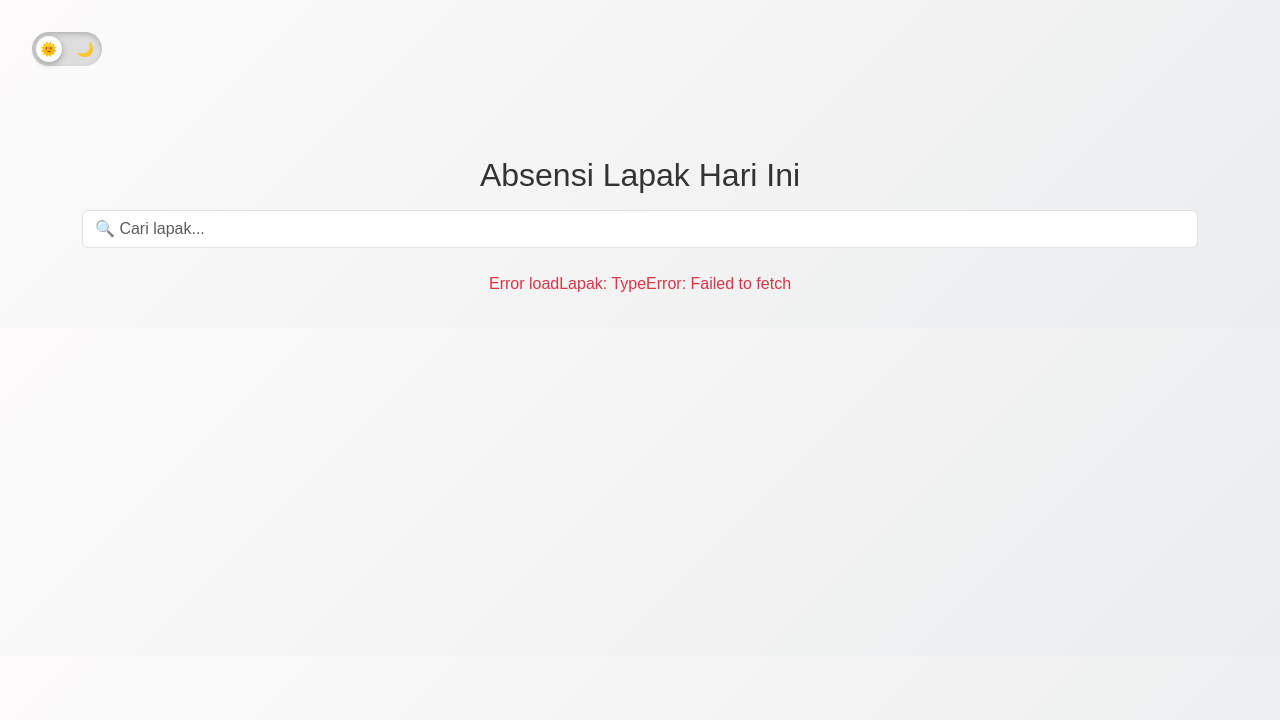
Repository: pasarrakyatbak/absensi
Page: index.html
These files come from the project's save history. The page is drawn as it stood at one moment and after a run of saves; the edit follows.
The browser window is 1280 px wide. The pictures show the whole page.
The page's requests for data from a server got no answer.

Above is the page before, as saved 2025-09-22 05:55:15.

### index.html
<!DOCTYPE html>
<html lang="id">

<head>
    <meta charset="UTF-8">
    <meta name="viewport" content="width=device-width, initial-scale=1.0">
    <title>Absensi Lapak</title>
    <link href="https://cdn.jsdelivr.net/npm/bootstrap@5.3.2/dist/css/bootstrap.min.css" rel="stylesheet">
    <link rel="stylesheet" href="style.css">
</head>

<body class="p-3">
    <!-- Toggle Dark Mode -->
    <div class="dark-toggle mb-3">
        <input type="checkbox" id="darkSwitch">
        <label for="darkSwitch" class="toggle-label">
            <span class="toggle-icon">🌞</span>
            <span class="toggle-ball"></span>
            <span class="toggle-icon">🌙</span>
        </label>
    </div>

    <div class="container">

        <!-- Ringkasan -->
        <div id="lapakSummary" class="summary-cards mb-4"></div>

        <!-- Info Banner -->
        <div id="absensiInfoBanner" class="alert text-center mb-3"></div>
        <!-- Judul & Search -->
        <h2 class="mb-3 text-center">Absensi Lapak Hari Ini</h2>
        <input type="text" id="searchInput" class="form-control mb-4" placeholder="🔍 Cari lapak...">
        <!-- Daftar Lapak -->
        <div id="lapakContainer" class="row"></div>
    </div>

    <!-- Modal Absensi -->
    <div id="absensiModal" class="modal-overlay">
        <div class="modal-content">
            <h5 id="absensiInfo"></h5>
            <div id="modalStatusLabel" class="mb-3"></div> <!-- badge tampil di sini -->
            <button id="modalAbsenBtn">Absen</button>
            <button class="btn btn-secondary" onclick="closeAbsensiModal()">Tutup</button>
        </div>
    </div>


    <!-- Loader -->
    <div id="absensiLoading" class="d-none">
        <div class="loader-content text-center">
            <div class="spinner-border text-light" role="status" style="width:3rem;height:3rem;"></div>
            <p id="absensiLoadingText" class="text-white mt-2">Sedang memproses...</p>
        </div>
    </div>

    <script src="script.js"></script>
</body>

</html>

### style.css
body {
    background: linear-gradient(135deg, #fdfbfb, #ebedee);
    font-family: 'Poppins', sans-serif;
    color: #333;
    transition: background 0.3s ease, color 0.3s ease;
    margin: 0;
    padding: 0;
}

body.dark {
    background: linear-gradient(135deg, #0f2027, #203a43, #2c5364);
    color: #f1f1f1;
}

/* ================= Card umum ================= */
.lapak-card {
    position: relative;
    overflow: hidden;
    border-radius: 16px;
    padding: 1rem;
    backdrop-filter: blur(8px);
    transition: transform 0.25s ease, box-shadow 0.25s ease, background 0.3s ease, border 0.3s ease, color 0.3s ease;
    box-shadow: 0 4px 12px rgba(0, 0, 0, 0.08);
}

.lapak-badge {
    position: absolute;
    top: 10px;
    left: 10px;
    padding: 0.25rem 0.5rem;
    font-size: 0.75rem;
    font-weight: 600;
    border-radius: 8px;
    color: #fff;
    z-index: 2;
    box-shadow: 0 2px 6px rgba(0, 0, 0, 0.15);
    transition: background 0.3s ease, transform 0.25s ease;
}

/* Warna badge sesuai status */
.lapak-badge.bg-success {
    background-color: #28a745;
}

.lapak-badge.bg-danger {
    background-color: #dc3545;
}

/* Dark mode badge */
body.dark .lapak-badge.bg-success {
    background-color: #4caf50;
}

body.dark .lapak-badge.bg-danger {
    background-color: #b23c3c;
}

/* Hover effect */
.lapak-card:hover {
    transform: translateY(-6px);
    box-shadow: 0 10px 25px rgba(0, 0, 0, 0.2);
}

.lapak-card.disabled {
    pointer-events: none;
    opacity: 0.6;
}

/* Default teks dalam card */
.lapak-card .card-title,
.lapak-card .card-text,
.lapak-card .status-text {
    color: inherit;
    transition: color 0.3s ease;
}

/* ================= Modal ================= */
#absensiModal {
    display: none;
    position: fixed;
    top: 0;
    left: 0;
    width: 100%;
    height: 100%;
    background: rgba(0, 0, 0, 0.6);
    backdrop-filter: blur(6px);
    justify-content: center;
    align-items: center;
    z-index: 1050;
    padding: 1rem;
    box-sizing: border-box;
}

#absensiModal .modal-content {
    background: rgba(255, 255, 255, 0.9);
    padding: 1.5rem;
    border-radius: 16px;
    text-align: center;
    max-width: 400px;
    width: 100%;
    transition: background 0.3s ease, color 0.3s ease, transform 0.25s ease;
    box-shadow: 0 8px 24px rgba(0, 0, 0, 0.2);
}

#absensiModal .modal-content:hover {
    transform: scale(1.02);
}

body.dark #absensiModal .modal-content {
    background: rgba(30, 30, 30, 0.95);
    color: #f1f1f1;
}

/* ================= Loader ================= */
#absensiLoading {
    position: fixed;
    top: 0;
    left: 0;
    width: 100%;
    height: 100%;
    background: rgba(0, 0, 0, 0.7);
    justify-content: center;
    align-items: center;
    z-index: 2000;
    backdrop-filter: blur(6px);
}

/* ================= Sudah hadir ================= */
.lapak-card.hadir {
    background-color: #d4edda;
    /* hijau muda */
    border: 1px solid #c3e6cb;
    color: #155724;
    /* teks hijau gelap */
}

body.dark .lapak-card.hadir {
    background: rgba(45, 62, 51, 0.8);
    border: 1px solid #4caf50;
    color: #90ee90;
}

/* ================= Belum hadir ================= */
.lapak-card.belum {
    background-color: #f8d7da;
    /* merah muda */
    border: 1px solid #f5c6cb;
    color: #721c24;
    /* teks merah gelap */
}

.lapak-card {
    transition: background-color 0.3s, border-color 0.3s, color 0.3s;
}

body.dark .lapak-card.belum {
    background: rgba(30, 30, 30, 0.9);
    border: 1px solid #444;
    color: #f1f1f1;
}

/* ================= Toggle wrapper ================= */
.dark-toggle {
    display: flex;
    justify-content: flex-start;
    align-items: center;
    margin: 1rem;
}

/* Hidden checkbox */
.dark-toggle input {
    display: none;
}

/* Label sebagai saklar */
.toggle-label {
    background: #ddd;
    border-radius: 50px;
    cursor: pointer;
    display: flex;
    align-items: center;
    justify-content: space-between;
    width: 70px;
    height: 34px;
    position: relative;
    transition: background 0.3s ease;
    padding: 0 8px;
    font-size: 14px;
    box-shadow: inset 0 2px 5px rgba(0, 0, 0, 0.2);
}

/* Bulatan */
.toggle-ball {
    position: absolute;
    top: 4px;
    left: 4px;
    width: 26px;
    height: 26px;
    background: #fff;
    border-radius: 50%;
    transition: transform 0.3s ease, background 0.3s ease;
    box-shadow: 0 2px 6px rgba(0, 0, 0, 0.3);
}

/* Ikon matahari 🌞 dan bulan 🌙 */
.toggle-icon {
    z-index: 2;
}

/* Aktif (dark mode) */
.dark-toggle input:checked+.toggle-label {
    background: #444;
}

.dark-toggle input:checked+.toggle-label .toggle-ball {
    transform: translateX(36px);
    background: #90ee90;
}

/* ================= Summary Cards ================= */
.summary-cards {
    display: flex;
    gap: 1rem;
    flex-wrap: wrap;
    justify-content: center;
}

.summary-card {
    flex: 1 1 120px;
    min-width: 120px;
    padding: 1rem;
    border-radius: 12px;
    text-align: center;
    font-weight: 600;
    box-shadow: 0 4px 12px rgba(0, 0, 0, 0.08);
    transition: background 0.3s ease, color 0.3s ease;
}

.summary-card.total {
    background: #e3f2fd;
    color: #1565c0;
}

.summary-card.hadir {
    background: #d4edda;
    color: #155724;
}

.summary-card.belum {
    background: #f8d7da;
    color: #721c24;
}

.summary-card div {
    margin-top: 4px;
    font-weight: normal;
}

.summary-progress .progress {
    background: rgba(0, 0, 0, 0.1);
}

body.dark .summary-progress .progress {
    background: rgba(255, 255, 255, 0.1);
}

.progress-bar {
    font-size: 0.85rem;
    font-weight: 600;
    color: #fff;
    text-align: center;
}

/* Dark mode */
body.dark .summary-card.total {
    background: #1e3a5f;
    color: #90caf9;
}

body.dark .summary-card.hadir {
    background: #2d3e33;
    color: #90ee90;
}

body.dark .summary-card.belum {
    background: #5c2b2b;
    color: #f28b82;
}

/* ================= Modal Tombol ================= */
#modalAbsenBtn {
    width: 100%;
    padding: 0.75rem;
    font-size: 1.1rem;
    font-weight: 600;
    border-radius: 12px;
    transition: background 0.3s ease, transform 0.2s ease;
}

#modalAbsenBtn:hover {
    transform: scale(1.05);
}

/* Warna default hijau */
#modalAbsenBtn {
    background-color: #28a745;
    color: #fff;
    border: none;
}

body.modal-open {
    overflow: hidden;
}

.container.blur {
    filter: blur(6px);
    transition: filter 0.25s ease;
}

/* Dark mode */
body.dark #modalAbsenBtn {
    background-color: #4caf50;
    color: #fff;
}

/* Tombol tutup modal */
#absensiModal .btn-secondary {
    margin-top: 0.5rem;
    width: 100%;
}

/* ================= Modal Animasi ================= */
.modal-overlay {
    display: none;
    /* default hidden */
    position: fixed;
    top: 0;
    left: 0;
    width: 100%;
    height: 100%;
    background: rgba(0, 0, 0, 0.6);
    backdrop-filter: blur(6px);
    justify-content: center;
    align-items: center;
    z-index: 1050;
    padding: 1rem;
    box-sizing: border-box;

    /* Animasi */
    opacity: 0;
    transition: opacity 0.25s ease;
}

.modal-overlay.show {
    display: flex;
    opacity: 1;
}

.modal-content {
    background: rgba(255, 255, 255, 0.9);
    padding: 1.5rem;
    border-radius: 16px;
    text-align: center;
    max-width: 400px;
    width: 100%;
    box-shadow: 0 8px 24px rgba(0, 0, 0, 0.2);
    transform: scale(0.9);
    transition: transform 0.25s ease, background 0.3s ease, color 0.3s ease;
}

/* Blur latar belakang dinamis */
.container.blur {
    filter: blur(0px);
    transition: filter 0.3s ease;
}

.modal-overlay.show+.container.blur {
    filter: blur(6px);
}

.modal-overlay.show .modal-content {
    transform: scale(1);
}

/* Dark mode */
body.dark .modal-content {
    background: rgba(30, 30, 30, 0.95);
    color: #f1f1f1;
}

.badge {
    display: inline-block;
    margin-top: 6px;
    padding: 0.25rem 0.5rem;
    font-size: 0.75rem;
    border-radius: 8px;
    font-weight: 600;
}

.bg-success {
    background-color: #28a745;
    color: #fff;
}

.bg-danger {
    background-color: #dc3545;
    color: #fff;
}

body.dark .bg-success {
    background-color: #4caf50;
}

body.dark .bg-danger {
    background-color: #b23c3c;
}


/* ================= RESPONSIVE ================= */
/* Responsive */
@media (max-width: 576px) {
    #modalAbsenBtn {
        font-size: 1rem;
        padding: 0.6rem;
    }
}

@media (min-width: 577px) and (max-width: 991px) {
    #modalAbsenBtn {
        font-size: 1.05rem;
    }
}

/* HP kecil (≤576px) */
@media (max-width: 576px) {
    .lapak-card {
        font-size: 14px;
        padding: 0.8rem;
    }

    .lapak-card .card-title {
        font-size: 16px;
    }

    .lapak-card .card-text {
        font-size: 13px;
    }

    .lapak-card .status-text {
        font-size: 12px;
    }

    #absensiModal .modal-content {
        max-width: 95%;
        padding: 1rem;
    }

    .toggle-label {
        width: 60px;
        height: 30px;
        font-size: 12px;
    }

    .toggle-ball {
        width: 22px;
        height: 22px;
    }
}

/* Tablet (577px – 991px) */
@media (min-width: 577px) and (max-width: 991px) {
    .lapak-card {
        font-size: 15px;
        padding: 1rem;
    }

    .lapak-card .card-title {
        font-size: 18px;
    }

    .lapak-card .card-text {
        font-size: 14px;
    }

    .lapak-card .status-text {
        font-size: 13px;
    }

    #absensiModal .modal-content {
        max-width: 80%;
    }
}

/* Desktop (≥992px) */
@media (min-width: 992px) {
    .lapak-card {
        font-size: 16px;
        padding: 1.2rem;
    }

    .lapak-card .card-title {
        font-size: 20px;
    }

    .lapak-card .card-text {
        font-size: 15px;
    }

    .lapak-card .status-text {
        font-size: 14px;
    }

    #absensiModal .modal-content {
        max-width: 400px;
    }
}

/* ================= Responsive ================= */
@media (max-width: 768px) {
    .summary-cards {
        flex-direction: column;
        align-items: center;
    }

    .summary-card {
        width: 90%;
        max-width: none;
    }
}

### script.js
const API_URL = "https://script.google.com/macros/s/AKfycby4z2qZ24SrJkcyGpybH29lSUC_3_z1LG-7wSmTzpaOEXrwjXf0Cl3hqkg95qAxPj1-/exec";
const darkSwitch = document.getElementById("darkSwitch");
let lapakData = [];
let currentLapakId = null;
let absensiMingguan = false;
let lastScrollY = 0;

// =================== Loader ===================
function showAbsensiLoading(show, text = "Sedang menyimpan data...") {
    const loader = document.getElementById("absensiLoading");
    const loadingText = document.getElementById("absensiLoadingText");
    if (!loader || !loadingText) return;

    loader.classList.toggle("d-flex", show);
    loader.classList.toggle("d-none", !show);
    loadingText.textContent = text;
}

// =================== Load semua lapak ===================
async function loadLapak() {
    showAbsensiLoading(true, "Sedang memuat data lapak...");
    try {
        const res = await fetch(API_URL + "?action=lapakHariIni");
        const json = await res.json();

        if (!json.success) {
            document.getElementById("lapakContainer").innerHTML =
                `<p class="text-center text-danger">Gagal load data: ${json.message}</p>`;
            showAbsensiLoading(false);
            return;
        }

        lapakData = json.data;
        renderLapak(lapakData);
        updateSummary();
        updateAbsensiInfo();
        showAbsensiLoading(false);
    } catch (err) {
        document.getElementById("lapakContainer").innerHTML =
            `<p class="text-center text-danger">Error loadLapak: ${err}</p>`;
        showAbsensiLoading(false);
    }
}

// =================== Modal ===================
function openAbsensiModal(noLapak, namaLapak) {
    currentLapakId = noLapak;
    const modal = document.getElementById("absensiModal");
    const info = document.getElementById("absensiInfo");
    const statusLabel = document.getElementById("modalStatusLabel");
    const container = document.querySelector(".container");
    if (!modal || !info || !container || !statusLabel) return;

    const lapak = lapakData.find(l => String(l.noLapak) === String(noLapak));
    const hadir = lapak?.statusAbsensi === "✅ Hadir";

    info.textContent = `Absen untuk Lapak ${noLapak} - ${namaLapak}`;
    statusLabel.innerHTML = hadir
        ? '<span class="badge bg-success">Sudah Absen</span>'
        : '<span class="badge bg-danger">Belum Absen</span>';

    container.classList.add("blur");
    document.body.classList.add("modal-open");
    modal.style.display = "flex";

    setTimeout(() => modal.classList.add("show"), 10);
    updateBlurOnScroll();
}

function closeAbsensiModal() {
    const modal = document.getElementById("absensiModal");
    const container = document.querySelector(".container");
    if (!modal || !container) return;

    modal.classList.remove("show");
    container.classList.remove("blur");
    container.style.filter = "";
    document.body.classList.remove("modal-open");

    setTimeout(() => {
        if (!modal.classList.contains("show")) modal.style.display = "none";
    }, 250);

    lastScrollY = 0;
}

// =================== Render lapak ===================
function renderLapak(data) {
    const container = document.getElementById("lapakContainer");
    container.innerHTML = "";

    if (!data.length) {
        container.innerHTML = `<p class="text-center">Tidak ada data lapak.</p>`;
        return;
    }

    data.forEach(lapak => {
        const noLapak = lapak.noLapak || "-";
        const namaLapak = lapak.nama || "Tanpa Nama";
        const hadir = lapak.statusAbsensi === "✅ Hadir";

        const card = document.createElement("div");
        card.className = "col-md-4 col-sm-6 mb-3";
        card.innerHTML = `
    <div class="card lapak-card shadow-sm ${hadir ? 'hadir disabled' : 'belum'}"
         data-no-lapak="${noLapak}" data-nama-lapak="${namaLapak}">

        <span class="lapak-badge ${hadir ? 'bg-success' : 'bg-danger'}">
            ${hadir ? 'Sudah Absen' : 'Belum Absen'}
        </span>

        <div class="card-body text-center">
            <h5 class="card-title">Lapak ${noLapak}</h5>
            <p class="card-text">${namaLapak}</p>
        </div>
    </div>
`;

        const cardEl = card.querySelector(".lapak-card");
        if (!hadir && cardEl) {
            cardEl.addEventListener("click", () => openAbsensiModal(noLapak, namaLapak));
        }

        container.appendChild(card);
    });
}

// =================== Absen ke server ===================
async function absenLapak(noLapak) {
    showAbsensiLoading(true, "Menyimpan absensi...");

    const card = document.querySelector(`.lapak-card[data-no-lapak="${noLapak}"]`);
    if (!card) {
        showAbsensiLoading(false);
        return;
    }

    try {
        const res = await fetch(API_URL, {
            method: "POST",
            headers: { "Content-Type": "application/x-www-form-urlencoded" },
            body: new URLSearchParams({ action: "absen", noLapak, password: "panitia123" })
        });
        const json = await res.json();

        if (!json.success) {
            alert(json.message || "❌ Gagal menyimpan absensi.");
        } else {
            const lapakIndex = lapakData.findIndex(l => String(l.noLapak) === String(noLapak));
            if (lapakIndex > -1) lapakData[lapakIndex].statusAbsensi = "✅ Hadir";
            renderLapak(lapakData);
            updateSummary();
            updateAbsensiInfo();
        }
    } catch (err) {
        alert("❌ Gagal menyimpan absensi.");
    }

    showAbsensiLoading(false);
}

// =================== Dark mode ===================
if (localStorage.getItem("darkMode") === "true") {
    document.body.classList.add("dark");
    darkSwitch.checked = true;
}

darkSwitch.addEventListener("change", () => {
    document.body.classList.toggle("dark", darkSwitch.checked);
    localStorage.setItem("darkMode", darkSwitch.checked ? "true" : "false");
});

// =================== Banner info ===================
function updateAbsensiInfo() {
    const banner = document.getElementById("absensiInfoBanner");
    if (!banner) return;

    const totalLapak = lapakData.length;
    const totalHadir = lapakData.filter(l => l.statusAbsensi === "✅ Hadir").length;

    if (totalLapak > 0 && totalLapak === totalHadir) {
        banner.style.display = "none";
        return;
    }

    banner.style.display = "block";
    banner.className = "alert alert-info text-center mb-3";
    banner.textContent = absensiMingguan
        ? "ℹ️ Absensi bisa dilakukan setiap MINGGU."
        : "ℹ️ Absensi bisa dilakukan setiap HARI.";
}

// =================== Summary ===================
function updateSummary() {
    const total = lapakData.length;
    const totalHadir = lapakData.filter(l => l.statusAbsensi === "✅ Hadir").length;
    const totalBelum = total - totalHadir;
    const persenHadir = total > 0 ? Math.round((totalHadir / total) * 100) : 0;
    const persenBelum = 100 - persenHadir;

    const summaryEl = document.getElementById("lapakSummary");
    if (!summaryEl) return;

    summaryEl.innerHTML = `
        <div class="summary-card total">
            <div class="label">Total Lapak</div>
            <div class="value">${total}</div>
        </div>
        <div class="summary-card hadir">
            <div class="label">✅ Hadir</div>
            <div class="value">${totalHadir}</div>
            <div class="extra">(${persenHadir}%)</div>
        </div>
        <div class="summary-card belum">
            <div class="label">❌ Belum</div>
            <div class="value">${totalBelum}</div>
            <div class="extra">(${persenBelum}%)</div>
        </div>
        <div class="summary-progress mt-3">
            <div class="progress" style="height: 20px; border-radius: 10px; overflow: hidden;">
                <div class="progress-bar bg-success" role="progressbar"
                    style="width: ${persenHadir}%"
                    aria-valuenow="${persenHadir}" aria-valuemin="0" aria-valuemax="100">
                    ${persenHadir > 15 ? persenHadir + "%" : ""}
                </div>
                <div class="progress-bar bg-danger" role="progressbar"
                    style="width: ${persenBelum}%"
                    aria-valuenow="${persenBelum}" aria-valuemin="0" aria-valuemax="100">
                    ${persenBelum > 15 ? persenBelum + "%" : ""}
                </div>
            </div>
        </div>
    `;
}

// =================== Tombol Absen Modal ===================
const modalAbsenBtn = document.getElementById("modalAbsenBtn");
if (modalAbsenBtn) {
    modalAbsenBtn.addEventListener("click", async () => {
        if (!currentLapakId) return;
        await absenLapak(currentLapakId);
        closeAbsensiModal();
    });
}

// =================== Blur dinamis scroll ===================
function updateBlurOnScroll() {
    const container = document.querySelector(".container");
    const modal = document.getElementById("absensiModal");

    if (!container || !modal) return;

    if (modal.classList.contains("show")) {
        const scrollY = window.scrollY || window.pageYOffset;
        const diff = Math.abs(scrollY - lastScrollY);
        container.style.filter = `blur(${6 + diff * 0.02}px)`;
        lastScrollY = scrollY;
    } else {
        container.style.filter = '';
        lastScrollY = 0;
    }
}
window.addEventListener("scroll", updateBlurOnScroll);
// =================== Search Lapak ===================
const searchInput = document.getElementById("searchInput");
if (searchInput) {
    searchInput.addEventListener("input", () => {
        const query = searchInput.value.trim().toLowerCase();
        const filtered = lapakData.filter(lapak => {
            return String(lapak.noLapak).toLowerCase().includes(query) ||
                (lapak.nama || "").toLowerCase().includes(query);
        });
        renderLapak(filtered);
    });
}

// =================== Load pertama kali ===================
loadLapak();

After the next 2 saves:
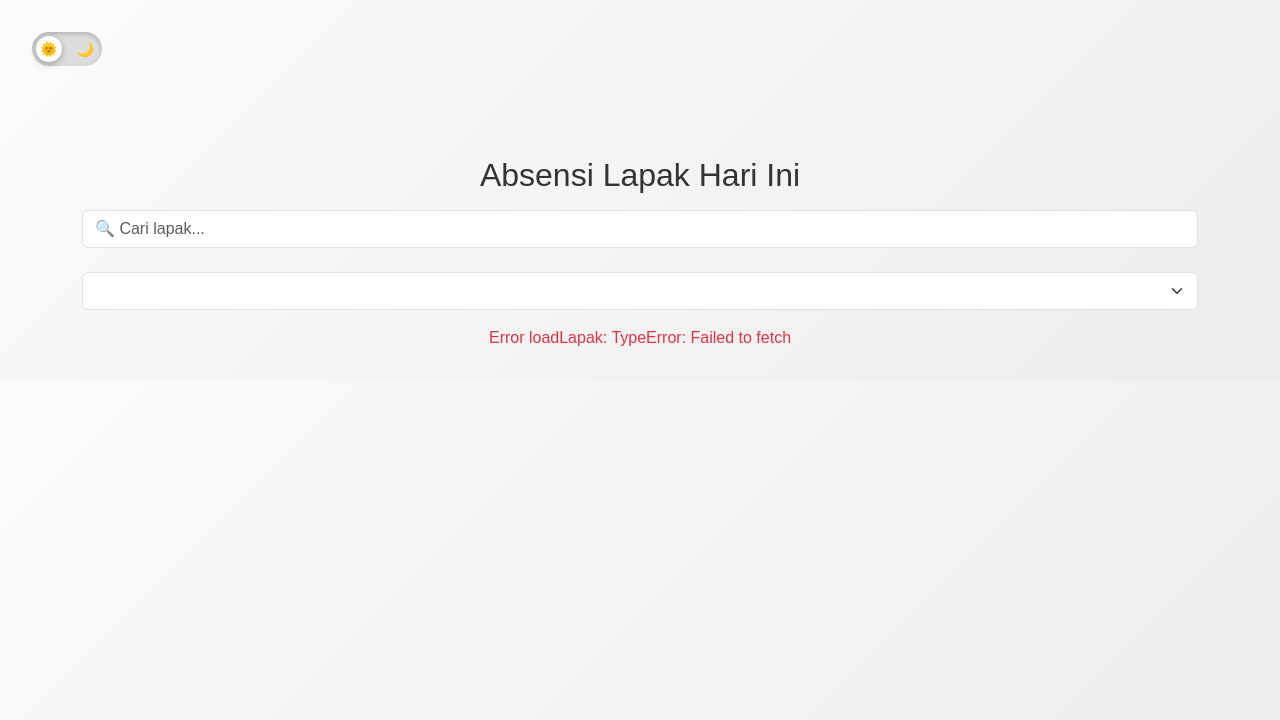
The 2 saves are shown as one change because they came seconds apart.
The last was saved 2 min 14 s later.
--- a/index.html
+++ b/index.html
@@ -30,6 +30,9 @@
         <!-- Judul & Search -->
         <h2 class="mb-3 text-center">Absensi Lapak Hari Ini</h2>
         <input type="text" id="searchInput" class="form-control mb-4" placeholder="🔍 Cari lapak...">
+        <select id="lapakPageSelect" class="form-select mb-3">
+            <!-- Option akan diisi otomatis dari JS -->
+        </select>
         <!-- Daftar Lapak -->
         <div id="lapakContainer" class="row"></div>
     </div>
